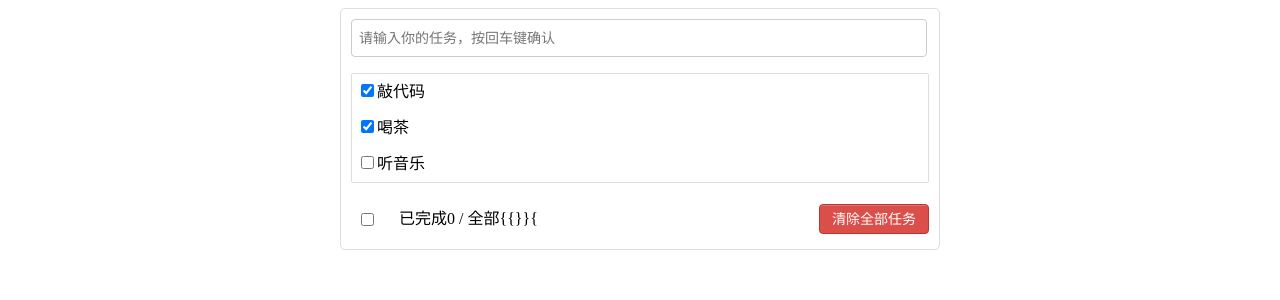
Repository: Lixianlai-2/The-journey-of-learning-Vue
Page: / (app in afterVueCli/Vue_Test/)
The author's editor kept a copy of each file at every save. The page is drawn from the files as they stood at one save, then again after the next save.
The browser window is 1280 px wide. The pictures show the whole page.
The project was rebuilt for these pictures with package versions that can differ from the ones it lists, and the page was loaded fresh each time.

Above is the page before, as saved 2022-04-21 17:23:11.

After the next save:
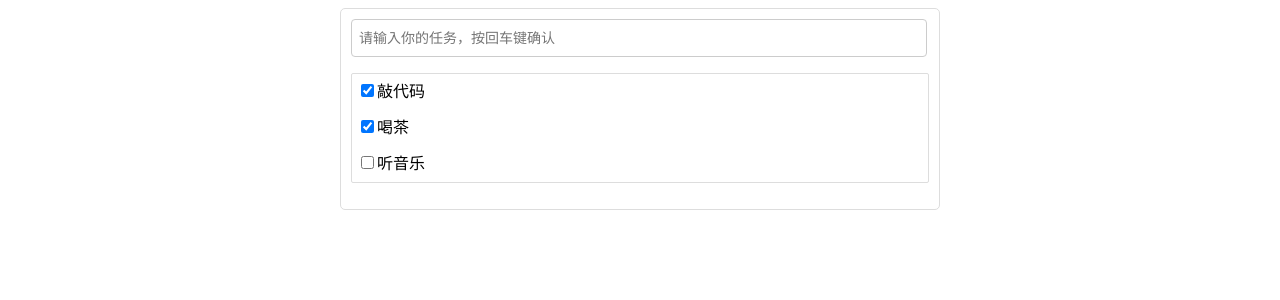
Saved 21 s later.
--- a/afterVueCli/Vue_Test/src/components/myFooter.vue
+++ b/afterVueCli/Vue_Test/src/components/myFooter.vue
@@ -3,7 +3,7 @@
     <label>
       <input type="checkbox" />
     </label>
-    <span> <span>已完成0</span> / 全部{{}}{ </span>
+    <span> <span>已完成0</span> / 全部{{ toDos.length }}{ </span>
     <button class="btn btn-danger">清除全部任务</button>
   </div>
 </template>
@@ -11,6 +11,7 @@
 <script>
 export default {
   name: "Footer",
+  // 引入app.vue中的数据
   props: ["toDos"],
 };
 </script>

After the save that followed:
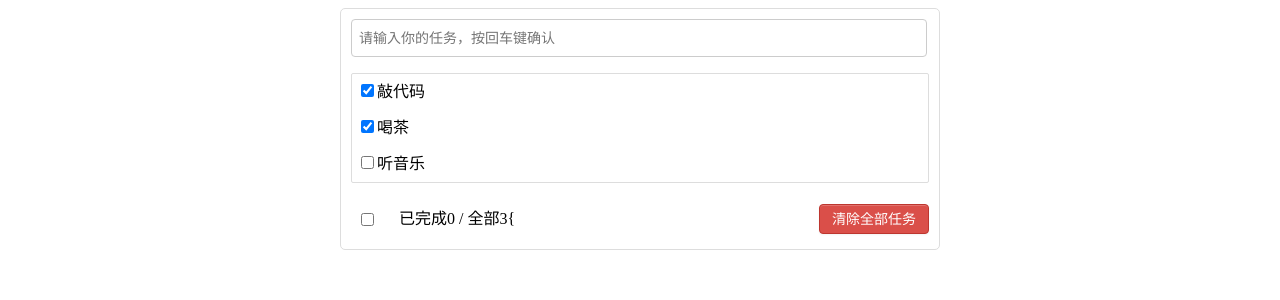
Saved 7 s later.
--- a/afterVueCli/Vue_Test/src/App.vue
+++ b/afterVueCli/Vue_Test/src/App.vue
@@ -10,7 +10,7 @@
             :checkTodo="checkTodo"
             :deleteTodo="deleteTodo"
           />
-          <myFooter />
+          <myFooter :toDos="toDos" />
         </div>
       </div>
     </div>
